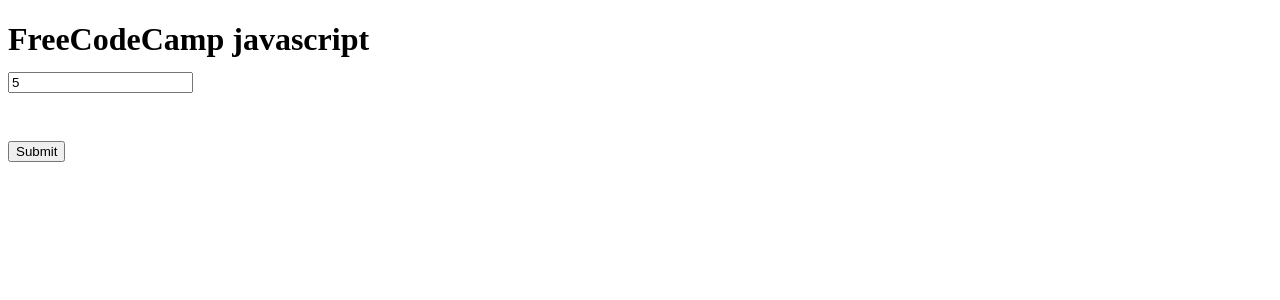
Repository: cuongcay/Clone_YB
Page: FreeCodeCamp.html
The author's editor kept a copy of each file at every save. The page is drawn from the files as they stood at one save, then again after a run of saves.
The browser window is 1280 px wide. The pictures show the whole page.
Empty fields were first filled with sample values (such as "Sample", 5 or name@example.com).
After loading, the first visible `#submit` was clicked once.

Above is the page before, as saved 2022-08-02 15:58:56.

After the next 5 saves:
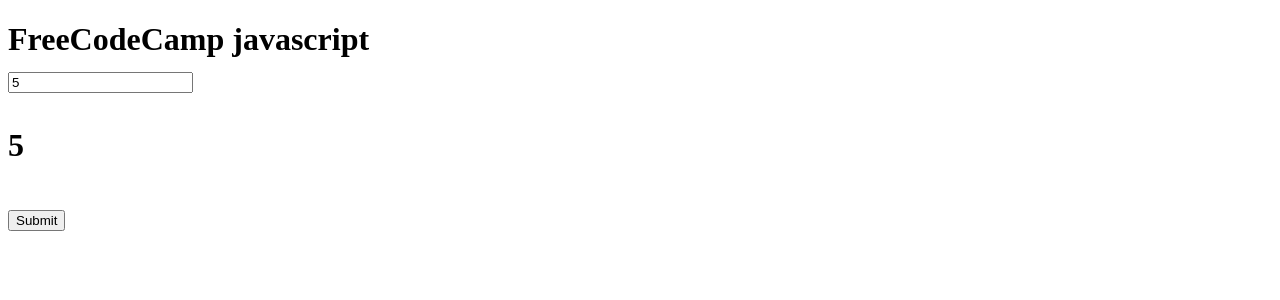
The 5 saves are shown as one change because they came seconds apart.
The last was saved 12 s later.
--- a/FreeCodeCamp.js
+++ b/FreeCodeCamp.js
@@ -8,6 +8,6 @@
 
     switch(mod){
         case 1:
-            hello.innerHTML = ``
+            hello.innerHTML = `${input} `
     }
 }
